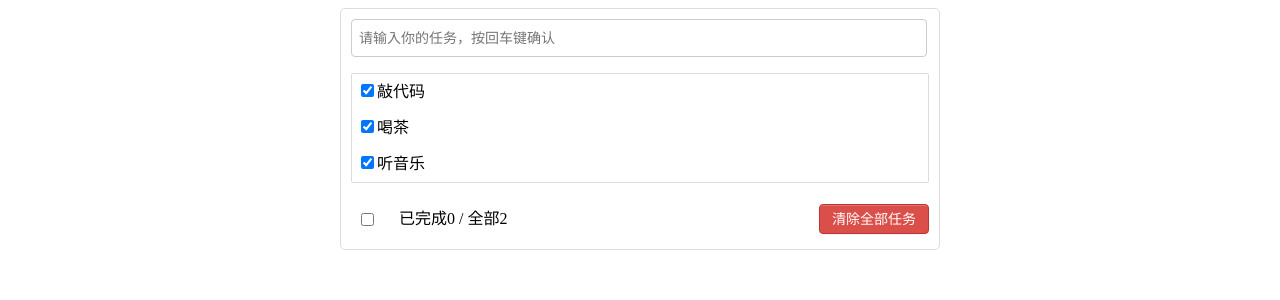
Repository: Lixianlai-2/The-journey-of-learning-Vue
Page: / (app in afterVueCli/Vue_Test/)
These files come from the project's save history. The page is drawn as it stood at one moment and after the next save; the edit follows.
The browser window is 1280 px wide. The pictures show the whole page.
The project was rebuilt for these pictures with package versions that can differ from the ones it lists, and the page was loaded fresh each time.

Above is the page before, as saved 2022-04-15 08:41:11.

After the next save:
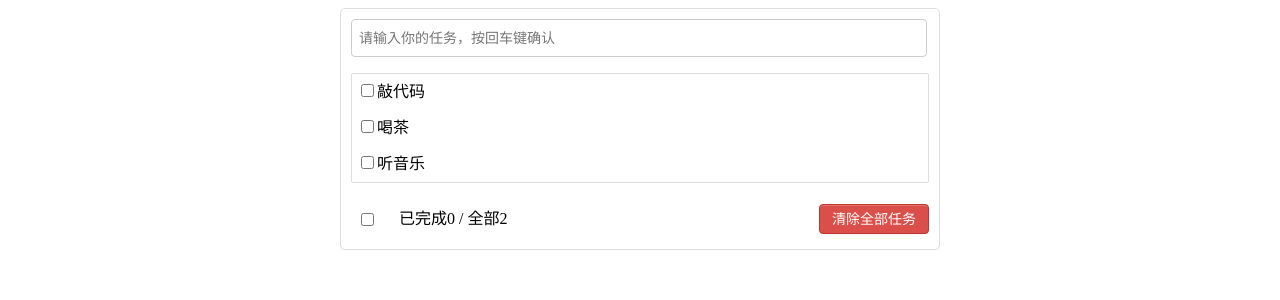
Saved 2 min 32 s later.
--- a/afterVueCli/Vue_Test/src/components/myItem.vue
+++ b/afterVueCli/Vue_Test/src/components/myItem.vue
@@ -2,7 +2,7 @@
   <div>
     <li>
       <label>
-        <input type="checkbox" :checked="done" />
+        <input type="checkbox" :checked="false" />
         <span>{{ eventName }}</span>
       </label>
       <!-- 隐藏删除按钮 -->

After the 2 saves that followed:
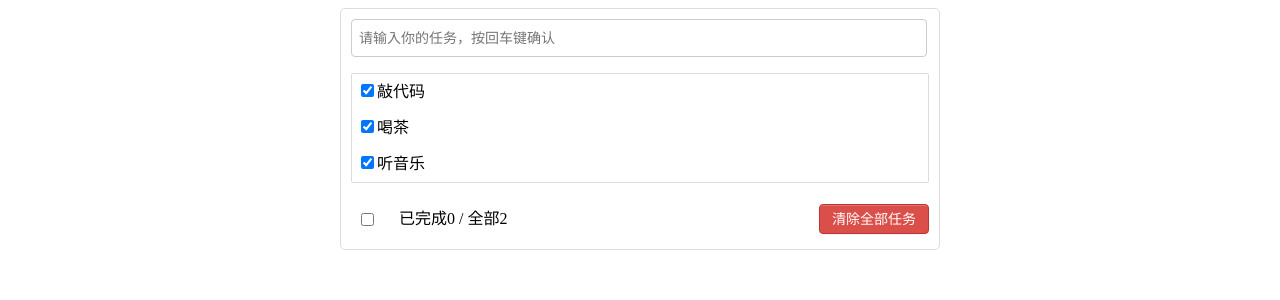
The 2 saves are shown as one change because 1 left the picture as it was.
The last was saved 81 s later.
--- a/afterVueCli/Vue_Test/src/components/myList.vue
+++ b/afterVueCli/Vue_Test/src/components/myList.vue
@@ -4,7 +4,7 @@
       v-for="todo in toDos"
       :key="todo.id"
       :eventName="todo.eventName"
-      :done="todo.done"
+      :checked="todo.done"
     />
   </ul>
 </template>
--- a/afterVueCli/Vue_Test/src/components/myItem.vue
+++ b/afterVueCli/Vue_Test/src/components/myItem.vue
@@ -2,7 +2,7 @@
   <div>
     <li>
       <label>
-        <input type="checkbox" :checked="false" />
+        <input type="checkbox" :checked="checked" />
         <span>{{ eventName }}</span>
       </label>
       <!-- 隐藏删除按钮 -->
@@ -14,7 +14,7 @@
 <script>
 export default {
   name: "Item",
-  props: ["eventName", "done"],
+  props: ["eventName", "checked"],
 };
 </script>
 
